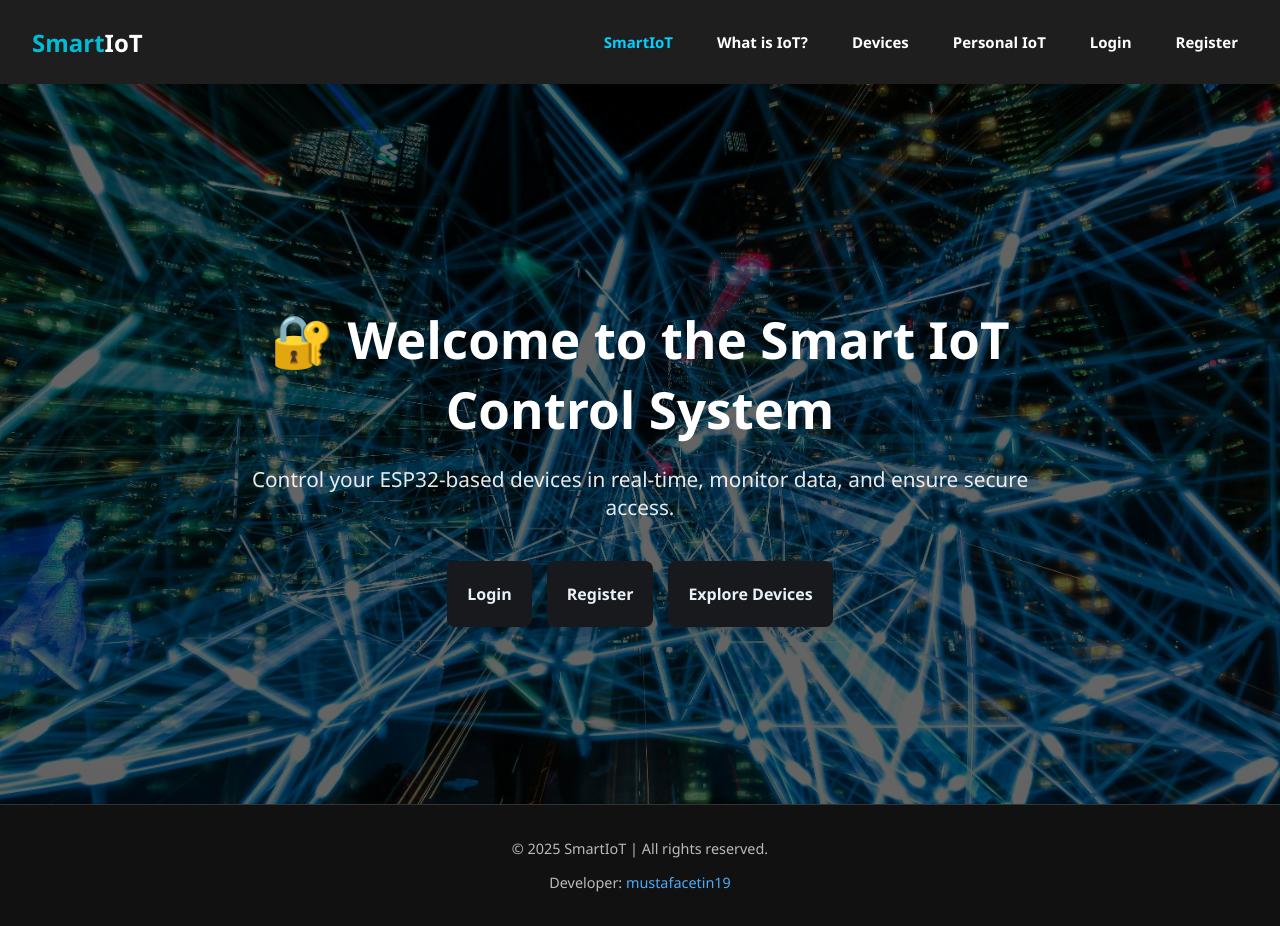
Repository: mustafacetin19/SmartIoT
Page: / (app in Frontend/smartiot-frontend/)
An editor plug-in stored every save of this project. The page is shown before and after the next save, followed by the edit.
The browser window is 1280 px wide. The pictures show the whole page.
The project was rebuilt for these pictures with package versions that can differ from the ones it lists, and the page was loaded fresh each time. Also part of the build but not shown: Frontend/smartiot-frontend/src/pages/LoginPage.js, Frontend/smartiot-frontend/src/pages/RegisterPage.js, Frontend/smartiot-frontend/src/pages/About.css, Frontend/smartiot-frontend/src/pages/About.jsx, Frontend/smartiot-frontend/src/pages/Devices.css, Frontend/smartiot-frontend/src/pages/Devices.jsx, Frontend/smartiot-frontend/src/components/ServoPanel.js, Frontend/smartiot-frontend/src/components/RfidPanel.js and 14 more.

Above is the page before, as saved 2025-08-11 14:42:55.

After the next save:
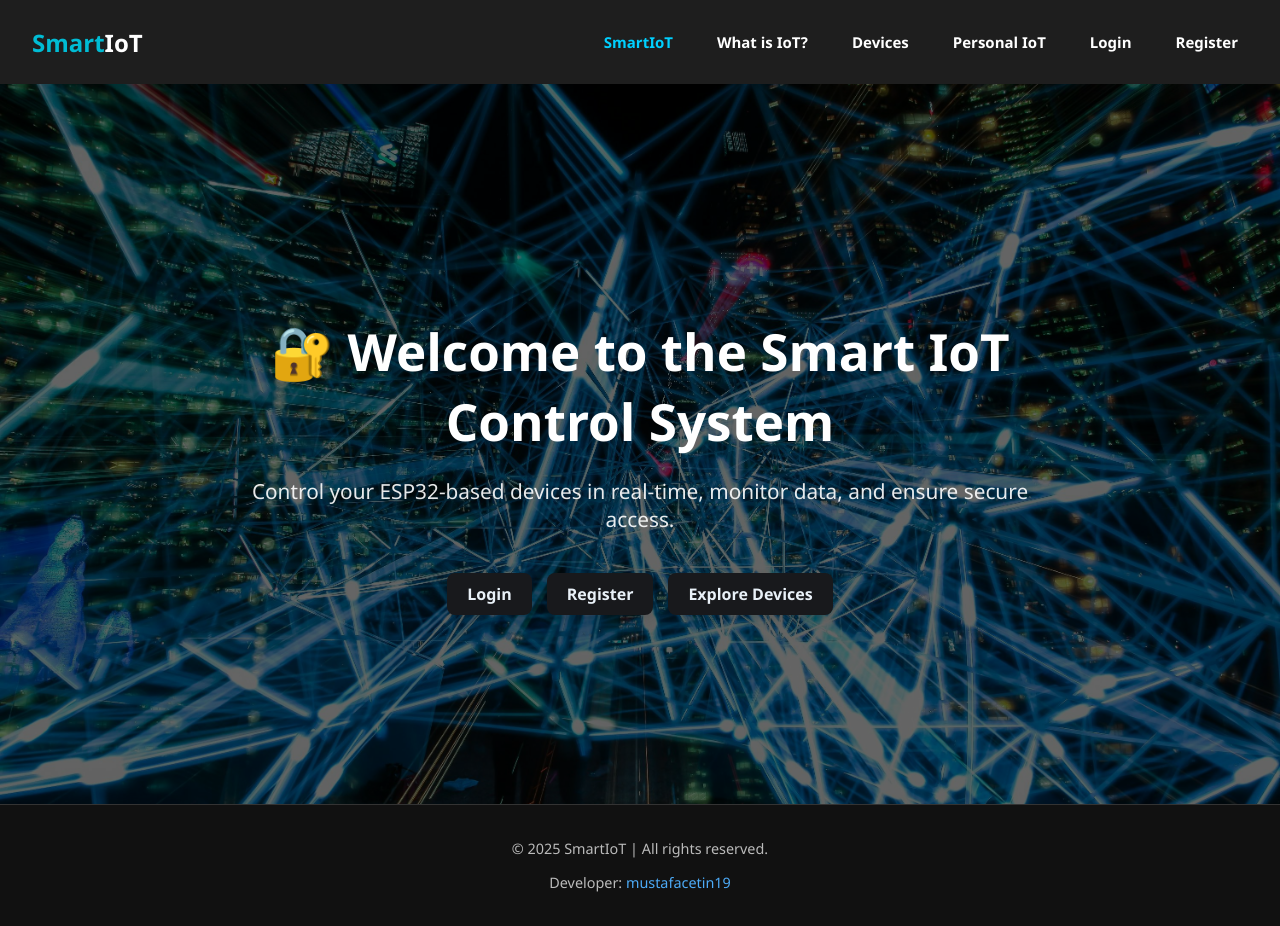
Saved 4 min 27 s later.
--- a/Frontend/smartiot-frontend/src/pages/DeviceSelectionPage.css
+++ b/Frontend/smartiot-frontend/src/pages/DeviceSelectionPage.css
@@ -4,18 +4,18 @@
   padding: 0 16px;
 }
 
+/* Başlık ortalama ve renk */
 .title {
   font-size: 28px;
   margin: 0 0 18px;
   color: #1ad1ff;
   letter-spacing: .2px;
-  text-align: center;          /* ➜ başlığı ortala */
+  text-align: center;
 }
 
 .card.center {
-  background:
-    radial-gradient(1200px 400px at 50% -20%, rgba(0, 150, 255, 0.08), transparent),
-    #0e0e0f;
+  background: radial-gradient(1200px 400px at 50% -20%, rgba(0, 150, 255, 0.08), transparent),
+              #0e0e0f;
   border: 1px solid rgba(0, 200, 255, 0.15);
   border-radius: 16px;
   padding: 22px;
@@ -24,12 +24,12 @@
   box-shadow: 0 8px 30px rgba(0,0,0,.35);
 }
 
-/* ---- form hizalama ---- */
+/* 3 kolon: cihaz | oda | (isim+add) */
 .inline-form {
   display: grid;
-  grid-template-columns: 1.15fr 1.15fr 1.2fr auto; /* Select, Select, Input, Button */
-  gap: 12px;
-  align-items: stretch;         /* ➜ hepsini aynı yükseklikte tut */
+  grid-template-columns: 1fr 1fr 1.35fr; /* eşit ve dengeli genişlik */
+  gap: 14px;
+  align-items: center; /* yükseklik hizalaması */
 }
 @media (max-width: 900px) {
   .inline-form { grid-template-columns: 1fr; }
@@ -44,10 +44,9 @@
 }
 .with-icon .input { padding-left: 36px; }
 
-/* Select & Input ortak görünüm */
 .input {
   width: 100%;
-  height: 46px;                 /* ➜ sabit yükseklik */
+  min-height: 44px;
   padding: 10px 12px;
   border-radius: 12px;
   background: #151517;
@@ -60,44 +59,52 @@
   box-shadow: 0 0 0 3px rgba(0,180,255,.18);
 }
 
-/* ---- butonlar ---- */
+/* input + add butonu tek grup */
+.input-with-button {
+  display: grid;
+  grid-template-columns: 1fr auto;
+  align-items: center;
+}
+.input-with-button .input {
+  border-top-right-radius: 0;
+  border-bottom-right-radius: 0;
+}
+.input-with-button .btn.primary {
+  height: 44px;               /* input yüksekliği ile aynı */
+  border-top-left-radius: 0;
+  border-bottom-left-radius: 0;
+  margin-left: -1px;           /* kenar çizgileri birleşsin */
+}
+
+/* Butonlar */
 .btn {
   border: 1px solid #2b2c2f;
   background: #18191c;
   color: #e9f1f8;
-  padding: 10px 16px;
+  padding: 10px 14px;
   border-radius: 12px;
   font-weight: 600;
   cursor: pointer;
   transition: transform .05s ease, background .2s ease, border-color .2s ease, box-shadow .2s ease;
-  height: 46px;                 /* ➜ inputlarla aynı yükseklik */
-  display: inline-flex;
-  align-items: center;
-  justify-content: center;
 }
 .btn:hover { transform: translateY(-1px); }
 
-/* “Add” butonu */
 .btn.primary {
-  background: linear-gradient(180deg, #2d9cff, #1c86ff);
+  background: linear-gradient(180deg, #54b7ff, #2d9cff);
   border-color: #2d9cff;
   color: #0c1116;
-  box-shadow: 0 4px 16px rgba(45,156,255,.25);
-}
-.btn.primary:hover {
-  box-shadow: 0 6px 20px rgba(45,156,255,.35);
+  box-shadow: 0 6px 18px rgba(45,156,255,.35);
 }
 
-/* alt kısım aksiyon butonları */
-.btn.secondary {
-  background: rgba(0, 180, 255, .10);
-  border-color: rgba(0, 200, 255, .35);
-  color: #cfefff;
+/* Alt kısayol butonları: belirgin ve renkli */
+.btn.action {
+  background: linear-gradient(180deg, #263bff, #1b8fff);
+  border-color: #1b8fff;
+  color: #ffffff;
+  box-shadow: 0 6px 18px rgba(27,143,255,.28);
 }
-.btn.secondary:hover {
-  background: rgba(0, 180, 255, .18);
-  border-color: rgba(0, 200, 255, .55);
-  box-shadow: 0 4px 14px rgba(0, 180, 255, .22);
+.btn.action:hover {
+  box-shadow: 0 8px 22px rgba(27,143,255,.38);
 }
 
 .quicklinks {
@@ -115,5 +122,4 @@
   border: 1px solid #5a1a1a;
   color: #ffb4b4;
 }
-
 .skeleton { opacity: .9; padding: 10px 12px; }
